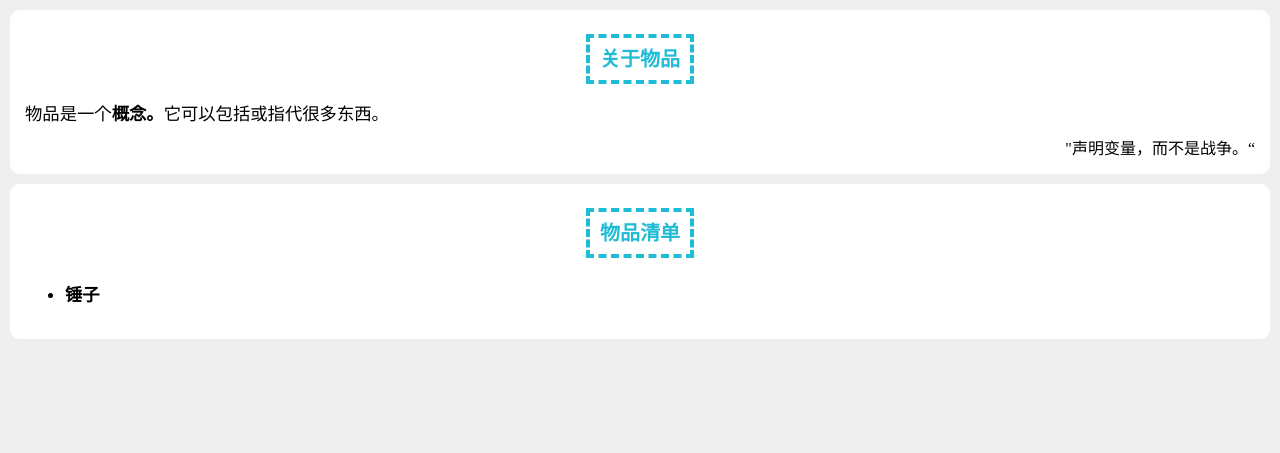
Repository: Yeyuehuke/Webstudy-Feidian
Page: 01-HTMLlearning/02-HTMLBasics/10-BlogProkectMySkills.html
An editor plug-in stored every save of this project. The page is shown before and after a run of saves, followed by the edit.
The browser window is 1280 px wide. The pictures show the whole page.

Above is the page before, as saved 2020-05-17 15:00:17.

### 01-HTMLlearning/02-HTMLBasics/10-BlogProkectMySkills.html
<!DOCTYPE html>
    <head>
        <title>我的网页</title>
        <link href="./css/10-BlogProkectMySkills.css" rel="stylesheet"
    </head>
    <body>
        <div class="section">
            <h1><span>关于物品</span></h1>
            <p>
                物品是一个<strong>概念。</strong>它可以包括或指代很多东西。
            </p>
            <p class="quote">"声明变量，而不是战争。“</p>
        </div>
        <div class="section">
            <h1><span>物品清单</span></h1>
            <ul>
                <li>锤子</li>
            </ul>
        </div>
    </body>
</html>

### 01-HTMLlearning/02-HTMLBasics/css/10-BlogProkectMySkills.css
html {
    margin: 0;
    padding: 0;
}
body {
    font-family: 'Handlee', cursive;
    font-size: 13pt;
    background-color: #efefef;
    padding: 10px;
    margin: 0;
}
h1 {
    font-size: 15pt;
    color: #20bcd5;
    text-align: center;
    padding: 18px 0 18px 0;
    margin: 0 0 10px 0;
}
h1 span {
    border: 4px dashed #20bcd5;
    padding: 10px;
}
p {
    padding: 0;
    margin: 0;
}
.img-circle {
    border: 3px solid white;
    border-radius: 50%;
}
.section {
    background-color: #fff;
    padding: 15px;
    margin-bottom: 10px;
    border-radius: 10px;
}
#header {
    background-image: url("https://www.sololearn.com/Uploads/header.jpg");
    background-size: cover;
}
#header img {
    display: block;
    width: 80px;
    height: 80px;
    margin: auto;
}
#header p {
    font-size: 25pt;
    color: #3b464c;
    padding-top: 5px;
    margin: 0;
    font-weight: bold;
    text-align: center;
}
.quote {
    font-size: 12pt;
    text-align: right;
    margin-top: 10px;
}
table {
    width: 100%;
}
table, th, td {
    border: 2px solid #cecece;
    border-collapse: collapse;
    text-align: center;
    table-layout: fixed;
}
.selected {
    background-color: #f36f48;
    font-weight: bold;
    color: white;
}
li {
    margin-bottom: 15px;
    font-weight: bold;
}
progress {
    width: 70%;
    height: 20px;
    color: #3fb6b2;
    background: #efefef;
}
progress::-webkit-progress-bar {
    background: #efefef;
}
progress::-webkit-progress-value {
    background: #3fb6b2;
}
progress::-moz-progress-bar {
    color: #3fb6b2;
    background: #efefef;
}
iframe, audio {
    display: block;
    margin: 0 auto;
    border: 3px solid #3fb6b2;
}
hr {
    border: 0;
    height: 1px;
    background: #f36f48;
}
form {
    text-align: center;
    margin-top: 0;
}
.submit {
    background-color: #3fb6b2;
    padding: 12px 45px;
    border-radius: 5px;
    cursor: pointer;
    color: #ffffff;
    border: none;
    outline: none;
    margin: 0;
    font-weight: bold;
}
.submit:hover {
    background-color: #43a09d;
}
textarea {
    height: 100px;
}
input, textarea {
    margin-bottom: 10px;
    font-size: 11pt;
    padding: 15px 10px 10px;
    border: 1px solid #cecece;
    background-color: #efefef;
    color: #787575;
    border-radius: 5px;
    width: 70%;
    outline: none;
}
.face {
    transform: scale(0.4);
    margin: 0 auto;
    display: block;
    margin-top: -35px;
    margin-bottom: -25px;
}
#contacts img {
    height: 50px;
    width: 50px;
    margin-left: 7px;
    margin-right: 7px;
}
#contacts a {
    text-decoration: none;
}
#contacts img:hover {
    opacity: 0.8;
}
#contacts {
    text-align: center;
}
.copyright {
    font-size: 8pt;
    text-align: right;
    padding-bottom: 10px;
    color: grey;
}

After the next 3 saves:
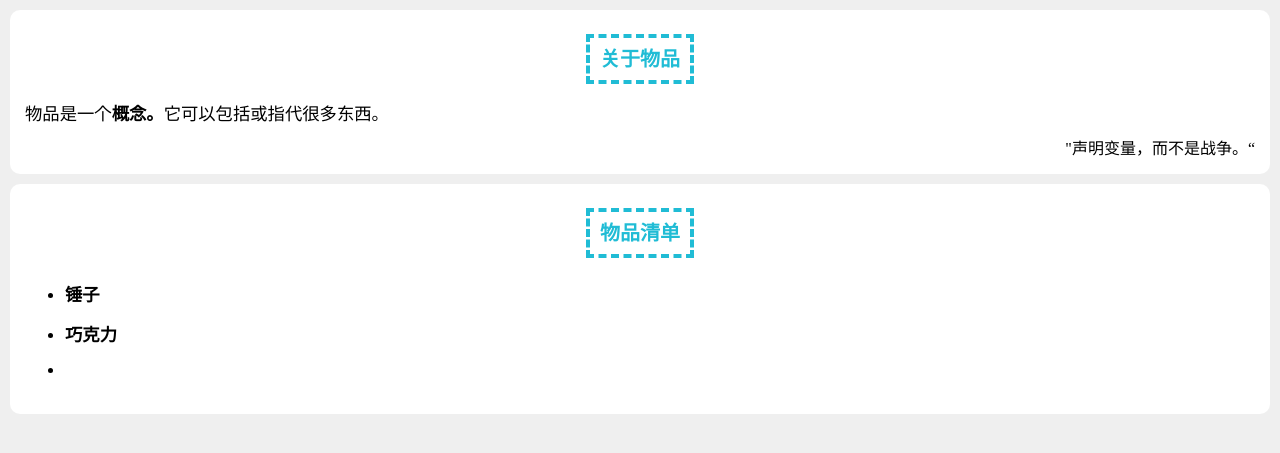
The 3 saves are shown as one change because they came seconds apart.
The last was saved 17 s later.
--- a/01-HTMLlearning/02-HTMLBasics/10-BlogProkectMySkills.html
+++ b/01-HTMLlearning/02-HTMLBasics/10-BlogProkectMySkills.html
@@ -15,6 +15,8 @@
             <h1><span>物品清单</span></h1>
             <ul>
                 <li>锤子</li>
+                <li>巧克力</li>
+                <li
             </ul>
         </div>
     </body>
